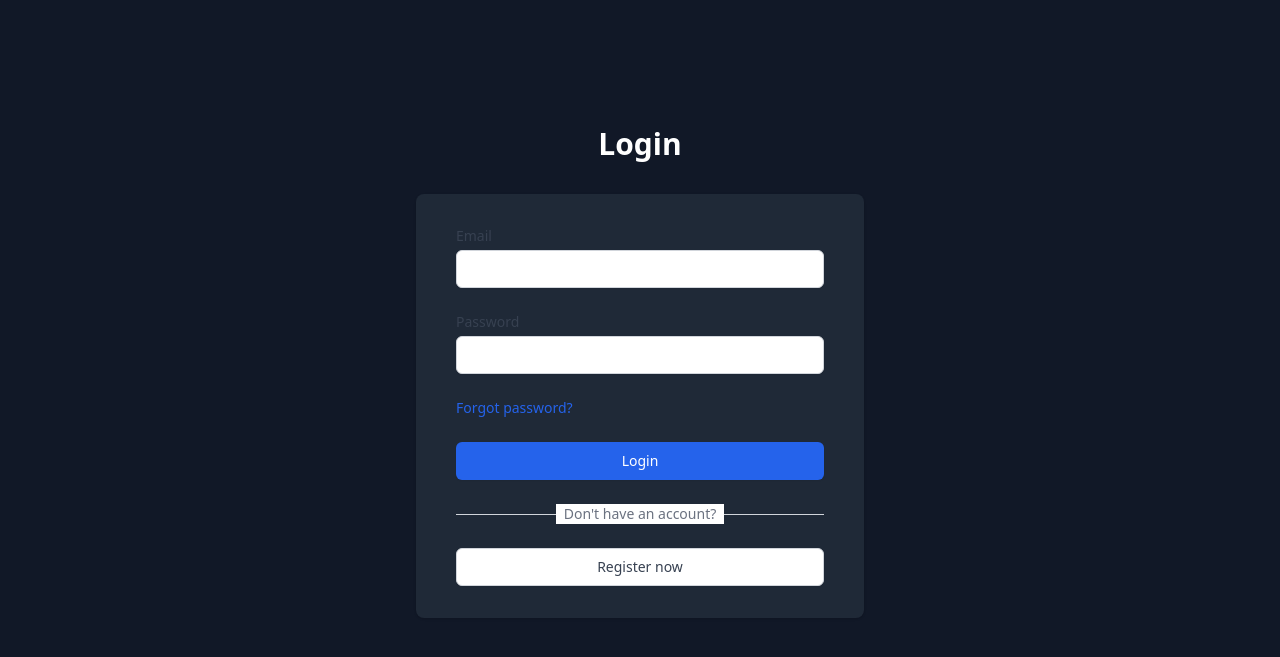
Repository: sotowang/app-landing-page
Page: /login
These files come from the project's save history. The page is drawn as it stood at one moment and after the next save; the edit follows.
The browser window is 1280 px wide. The pictures show the whole page.
The page's requests for data from a server got no answer. The project was rebuilt for these pictures with package versions that can differ from the ones it lists, and the page was loaded fresh each time. The framework's server and built-in components were replaced by stand-ins that run in the browser. No one was signed in, and anything a server would have sent is missing. Also part of the build but not shown: next.config.js.

Above is the page before, as saved 2025-05-23 22:19:57.

### app/layout.tsx
import './globals.css'
import type { Metadata } from 'next'

export const metadata: Metadata = {
  title: 'MeetingGPT - AI-powered Meeting Assistant',
  description: 'MeetingGPT is an innovative desktop application that processes audio content in real-time, providing customized intelligent responses.',
  metadataBase: new URL('https://paddle-app-showcase.vercel.app'),
}

export default function RootLayout({
  children,
}: {
  children: React.ReactNode
}) {
  return (
    <html lang="en" className="scroll-smooth dark">
      <head>
        <meta name="viewport" content="width=device-width, initial-scale=1.0" />
        <meta httpEquiv="Content-Security-Policy" content="
          default-src 'self';
          script-src 'self' 'unsafe-inline' 'unsafe-eval' https://cdn.paddle.com;
          connect-src 'self' https://*.paddle.com http://127.0.0.1:8082 http://localhost:8082;
          frame-src 'self' https://*.paddle.com;
          style-src 'self' 'unsafe-inline' https://cdn.paddle.com;
          img-src 'self' data: https://*.paddle.com https://*.paddlecdn.com;
        " />
      </head>
      <body className="min-h-screen antialiased bg-white dark:bg-gray-900 text-black dark:text-white">{children}</body>
    </html>
  )
}

### app/login/page.tsx
"use client";

import React, { useState, useEffect } from 'react';
import { useRouter, useSearchParams } from 'next/navigation';
import Link from 'next/link';
import authService from '../../src/services/authService';
import { enTranslations } from '../../src/translations';

export default function LoginPage() {
  const router = useRouter();
  const searchParams = useSearchParams();
  const t = enTranslations.auth.login;

  // 获取URL参数
  const redirectUri = searchParams.get('redirect_uri');
  const clientId = searchParams.get('client_id');
  const state = searchParams.get('state');
  const responseType = searchParams.get('response_type');

  // 是否是桌面应用登录
  const isDesktopLogin = redirectUri && redirectUri.startsWith('meetinggpt://');

  const [email, setEmail] = useState('');
  const [password, setPassword] = useState('');
  const [loading, setLoading] = useState(false);
  const [error, setError] = useState('');
  const [success, setSuccess] = useState('');

  // 表单验证状态
  const [emailError, setEmailError] = useState('');
  const [passwordError, setPasswordError] = useState('');

  // 验证邮箱格式
  const validateEmail = (email: string): boolean => {
    const re = /^[^\s@]+@[^\s@]+\.[^\s@]+$/;
    const isValid = re.test(email);
    setEmailError(isValid ? '' : t.emailInvalid);
    return isValid;
  };

  // 验证表单
  const validateForm = (): boolean => {
    let isValid = true;

    if (!email) {
      setEmailError(t.emailRequired);
      isValid = false;
    } else if (!validateEmail(email)) {
      isValid = false;
    }

    if (!password) {
      setPasswordError(t.passwordRequired);
      isValid = false;
    } else {
      setPasswordError('');
    }

    return isValid;
  };

  // 处理登录
  const handleLogin = async (e: React.FormEvent) => {
    e.preventDefault();

    if (!validateForm()) {
      return;
    }

    setLoading(true);
    setError('');
    setSuccess('');

    try {
      const response = await authService.login(email, password);

      // 保存令牌和用户信息
      authService.saveToken(response.token);
      authService.saveUser(response.user);

      setSuccess(t.success);

      // 如果是桌面应用登录，重定向回应用
      if (isDesktopLogin && redirectUri) {
        // 使用登录成功后的token作为授权码的一部分，确保安全性
        // 在实际生产环境中，应该从后端获取专门的授权码
        const authCode = response.token.substring(0, 10) + Math.random().toString(36).substring(2, 7);

        // 构建重定向URL，包含所有必要参数
        let redirectUrl = `${redirectUri}?code=${authCode}`;

        // 添加原始请求中的参数
        if (state) {
          redirectUrl += `&state=${state}`;
        }
        if (responseType) {
          redirectUrl += `&response_type=${responseType}`;
        }
        if (clientId) {
          redirectUrl += `&client_id=${clientId}`;
        }

        // 在页面上显示重定向URL（仅用于调试）
        const debugElement = document.createElement('div');
        debugElement.className = 'mt-4 p-3 bg-gray-100 rounded text-xs overflow-auto';
        debugElement.style.maxWidth = '100%';
        debugElement.style.wordBreak = 'break-all';
        debugElement.innerHTML = `<strong>Redirect URL:</strong> ${redirectUrl}`;

        // 将调试信息添加到页面
        const successElement = document.querySelector('.bg-green-50');
        if (successElement && successElement.parentNode) {
          successElement.parentNode.insertBefore(debugElement, successElement.nextSibling);
        }

        // 添加一个按钮，让用户可以手动点击重定向
        const redirectButton = document.createElement('button');
        redirectButton.className = 'mt-4 w-full flex justify-center py-2 px-4 border border-transparent rounded-md shadow-sm text-sm font-medium text-white bg-green-600 hover:bg-green-700 focus:outline-none focus:ring-2 focus:ring-offset-2 focus:ring-green-500';
        redirectButton.innerHTML = 'Click to redirect to desktop app';
        redirectButton.onclick = function() {
          window.location.href = redirectUrl;
        };

        if (successElement && successElement.parentNode) {
          successElement.parentNode.insertBefore(redirectButton, debugElement.nextSibling);
        }

        // 在控制台打印重定向URL
        console.log('Redirecting to desktop app:', redirectUrl);
        console.log('Original params:', {
          redirectUri,
          clientId,
          state,
          responseType
        });

        // 延迟1秒后重定向，让用户有时间看到成功消息
        setTimeout(() => {
          console.log('Executing redirect now...');
          window.location.href = redirectUrl;
          console.log('Redirect executed');
        }, 1000);
      } else {
        // 普通Web登录，重定向到首页
        setTimeout(() => {
          router.push('/');
        }, 1000);
      }
    } catch (err: any) {
      setError(err.message || t.error);
    } finally {
      setLoading(false);
    }
  };

  // 添加一个状态来确保只在客户端渲染
  const [mounted, setMounted] = useState(false);

  // 在组件挂载后设置状态
  useEffect(() => {
    setMounted(true);

    // 在控制台打印URL参数，用于调试
    console.log('Login page loaded with params:', {
      redirectUri,
      clientId,
      state,
      responseType,
      isDesktopLogin
    });
  }, [redirectUri, clientId, state, responseType, isDesktopLogin]);

  // 如果组件尚未挂载，返回一个简单的加载状态
  if (!mounted) {
    return (
      <div className="min-h-screen bg-gray-900 flex flex-col justify-center py-12 sm:px-6 lg:px-8">
        <div className="sm:mx-auto sm:w-full sm:max-w-md">
          <h2 className="mt-6 text-center text-3xl font-extrabold text-white">
            {t.title}
          </h2>
        </div>
      </div>
    );
  }

  return (
    <div className="min-h-screen bg-gray-900 flex flex-col justify-center py-12 sm:px-6 lg:px-8">
      <div className="sm:mx-auto sm:w-full sm:max-w-md">
        <h2 className="mt-6 text-center text-3xl font-extrabold text-white">
          {t.title}
        </h2>
        {isDesktopLogin ? (
          <p className="mt-2 text-center text-sm text-gray-300">
            Login to connect to MeetingGPT desktop application
          </p>
        ) : null}
      </div>

      <div className="mt-8 sm:mx-auto sm:w-full sm:max-w-md">
        <div className="bg-gray-800 py-8 px-4 shadow sm:rounded-lg sm:px-10">
          {error ? (
            <div className="mb-4 bg-red-50 border border-red-200 text-red-700 px-4 py-3 rounded">
              {error}
            </div>
          ) : null}

          {success ? (
            <div className="mb-4 bg-green-50 border border-green-200 text-green-700 px-4 py-3 rounded">
              {success}
            </div>
          ) : null}

          <form className="space-y-6" onSubmit={handleLogin}>
            <div>
              <label htmlFor="email" className="block text-sm font-medium text-gray-700">
                {t.email}
              </label>
              <div className="mt-1">
                <input
                  id="email"
                  name="email"
                  type="email"
                  autoComplete="email"
                  required
                  value={email}
                  onChange={(e) => {
                    setEmail(e.target.value);
                    if (e.target.value) validateEmail(e.target.value);
                  }}
                  className={`appearance-none block w-full px-3 py-2 border ${
                    emailError ? 'border-red-300' : 'border-gray-300'
                  } rounded-md shadow-sm placeholder-gray-400 focus:outline-none focus:ring-blue-500 focus:border-blue-500 sm:text-sm`}
                />
                {emailError ? (
                  <p className="mt-2 text-sm text-red-600">{emailError}</p>
                ) : null}
              </div>
            </div>

            <div>
              <label htmlFor="password" className="block text-sm font-medium text-gray-700">
                {t.password}
              </label>
              <div className="mt-1">
                <input
                  id="password"
                  name="password"
                  type="password"
                  autoComplete="current-password"
                  required
                  value={password}
                  onChange={(e) => {
                    setPassword(e.target.value);
                    if (passwordError) setPasswordError('');
                  }}
                  className={`appearance-none block w-full px-3 py-2 border ${
                    passwordError ? 'border-red-300' : 'border-gray-300'
                  } rounded-md shadow-sm placeholder-gray-400 focus:outline-none focus:ring-blue-500 focus:border-blue-500 sm:text-sm`}
                />
                {passwordError ? (
                  <p className="mt-2 text-sm text-red-600">{passwordError}</p>
                ) : null}
              </div>
            </div>

            <div className="flex items-center justify-between">
              <Link href="/reset-password" className="text-sm font-medium text-blue-600 hover:text-blue-500">
                {t.forgotPassword}
              </Link>
            </div>

            <div>
              <button
                type="submit"
                disabled={loading}
                className={`w-full flex justify-center py-2 px-4 border border-transparent rounded-md shadow-sm text-sm font-medium text-white bg-blue-600 hover:bg-blue-700 focus:outline-none focus:ring-2 focus:ring-offset-2 focus:ring-blue-500 ${
                  loading ? 'opacity-70 cursor-not-allowed' : ''
                }`}
              >
                {loading ? 'Processing...' : t.submit}
              </button>
            </div>
          </form>

          <div className="mt-6">
            <div className="relative">
              <div className="absolute inset-0 flex items-center">
                <div className="w-full border-t border-gray-300"></div>
              </div>
              <div className="relative flex justify-center text-sm">
                <span className="px-2 bg-white text-gray-500">
                  {t.noAccount}
                </span>
              </div>
            </div>
          </div>

          <div className="mt-6">
            <Link
              href="/register"
              className="w-full flex justify-center py-2 px-4 border border-gray-300 rounded-md shadow-sm text-sm font-medium text-gray-700 bg-white hover:bg-gray-50 focus:outline-none focus:ring-2 focus:ring-offset-2 focus:ring-blue-500"
            >
              {t.register}
            </Link>
          </div>
        </div>
      </div>
    </div>
  );
}

### src/services/authService.ts
"use client";

import { appConfig } from "../config/appConfig";

// 用户类型定义
export interface User {
  email: string;
  created_at: string;
}

// 登录响应类型
export interface LoginResponse {
  token: string;
  user: User;
}

// 错误响应类型
export interface ErrorResponse {
  error: string;
}

// 成功响应类型
export interface SuccessResponse {
  message: string;
}

// 认证服务类
class AuthService {
  private baseUrl: string;

  constructor() {
    this.baseUrl = appConfig.api.baseUrl;
  }

  /**
   * 用户登录
   * @param email 邮箱
   * @param password 密码
   * @returns 登录响应
   */
  async login(email: string, password: string): Promise<LoginResponse> {
    try {
      const response = await fetch(`${this.baseUrl}/api/v1/auth/login`, {
        method: 'POST',
        headers: {
          'Content-Type': 'application/json',
        },
        body: JSON.stringify({ email, password }),
      });

      if (!response.ok) {
        const errorData = await response.json();
        throw new Error(errorData.error || '登录失败');
      }

      return await response.json();
    } catch (error) {
      console.error('登录失败:', error);
      throw error;
    }
  }

  /**
   * 获取验证码
   * @param email 邮箱
   * @param type 验证码类型 (register | reset)
   * @returns 成功或错误响应
   */
  async getVerificationCode(email: string, type: 'register' | 'reset'): Promise<SuccessResponse> {
    try {
      const response = await fetch(`${this.baseUrl}/api/v1/auth/verification-code`, {
        method: 'POST',
        headers: {
          'Content-Type': 'application/json',
        },
        body: JSON.stringify({ email, type }),
      });

      if (!response.ok) {
        const errorData = await response.json();
        throw new Error(errorData.error || '获取验证码失败');
      }

      return await response.json();
    } catch (error) {
      console.error('获取验证码失败:', error);
      throw error;
    }
  }

  /**
   * 用户注册
   * @param email 邮箱
   * @param password 密码
   * @param verificationCode 验证码
   * @returns 成功或错误响应
   */
  async register(email: string, password: string, verificationCode: string): Promise<SuccessResponse> {
    try {
      const response = await fetch(`${this.baseUrl}/api/v1/auth/register`, {
        method: 'POST',
        headers: {
          'Content-Type': 'application/json',
        },
        body: JSON.stringify({ email, password, verification_code: verificationCode }),
      });

      if (!response.ok) {
        const errorData = await response.json();
        throw new Error(errorData.error || '注册失败');
      }

      return await response.json();
    } catch (error) {
      console.error('注册失败:', error);
      throw error;
    }
  }

  /**
   * 重置密码
   * @param email 邮箱
   * @param newPassword 新密码
   * @param verificationCode 验证码
   * @param token 可选的认证令牌
   * @returns 成功或错误响应
   */
  async resetPassword(
    email: string,
    newPassword: string,
    verificationCode: string,
    token?: string
  ): Promise<SuccessResponse> {
    try {
      const headers: Record<string, string> = {
        'Content-Type': 'application/json',
      };

      if (token) {
        headers['Authorization'] = `Bearer ${token}`;
      }

      const response = await fetch(`${this.baseUrl}/api/v1/user/change-password`, {
        method: 'PUT',
        headers,
        body: JSON.stringify({
          email,
          new_password: newPassword,
          verification_code: verificationCode,
        }),
      });

      if (!response.ok) {
        const errorData = await response.json();
        throw new Error(errorData.error || '密码重置失败');
      }

      return await response.json();
    } catch (error) {
      console.error('密码重置失败:', error);
      throw error;
    }
  }

  /**
   * 保存令牌到本地存储
   * @param token JWT令牌
   */
  saveToken(token: string): void {
    if (typeof window !== 'undefined') {
      localStorage.setItem('auth_token', token);
    }
  }

  /**
   * 保存用户信息到本地存储
   * @param user 用户信息
   */
  saveUser(user: User): void {
    if (typeof window !== 'undefined') {
      localStorage.setItem('auth_user', JSON.stringify(user));
    }
  }

  /**
   * 从本地存储获取令牌
   * @returns JWT令牌或null
   */
  getToken(): string | null {
    if (typeof window !== 'undefined') {
      return localStorage.getItem('auth_token');
    }
    return null;
  }

  /**
   * 从本地存储获取用户信息
   * @returns 用户信息或null
   */
  getUser(): User | null {
    if (typeof window !== 'undefined') {
      const userStr = localStorage.getItem('auth_user');
      if (userStr) {
        try {
          return JSON.parse(userStr);
        } catch (e) {
          console.error('解析用户信息失败:', e);
          return null;
        }
      }
    }
    return null;
  }

  /**
   * 从本地存储清除认证信息
   */
  clearAuth(): void {
    if (typeof window !== 'undefined') {
      localStorage.removeItem('auth_token');
      localStorage.removeItem('auth_user');
    }
  }

  /**
   * 检查用户是否已登录
   * @returns 是否已登录
   */
  isLoggedIn(): boolean {
    return !!this.getToken() && !!this.getUser();
  }

  /**
   * 用户登出
   */
  logout(): void {
    this.clearAuth();
    // 如果需要，可以在这里添加重定向到登录页面的逻辑
  }
}

// 导出单例实例
const authService = new AuthService();
export default authService;

### src/config/appConfig.ts
/**
 * 应用全局配置
 * 集中管理所有环境相关的配置，包括API端点、Paddle配置等
 */

// Paddle配置类型
interface PaddleConfig {
  clientToken: string;
  sandbox: boolean;
  vendorId: number;
}

// API配置类型
interface ApiConfig {
  baseUrl: string;
  endpoints: {
    paddleProducts: string;
  };
}

// 应用配置类型
interface AppConfig {
  paddle: PaddleConfig;
  api: ApiConfig;
}

// 开发环境配置
const DEV_CONFIG: AppConfig = {
  paddle: {
    clientToken: process.env.NEXT_PUBLIC_PADDLE_CLIENT_TOKEN || 'test_4e523c871a7228eca4b1c697774', // Sandbox环境token
    sandbox: process.env.NEXT_PUBLIC_PADDLE_SANDBOX === 'false' ? false : true,
    vendorId: parseInt(process.env.NEXT_PUBLIC_PADDLE_VENDOR_ID || '31639'), // Sandbox环境的vendorId
  },
  api: {
    baseUrl: process.env.NEXT_PUBLIC_API_BASE_URL || 'http://127.0.0.1:8082',
    endpoints: {
      paddleProducts: '/api/v1/paddle/products'
    }
  }
};

// 生产环境配置
const PROD_CONFIG: AppConfig = {
  paddle: {
    clientToken: process.env.NEXT_PUBLIC_PADDLE_CLIENT_TOKEN || '', // 生产环境token
    sandbox: process.env.NEXT_PUBLIC_PADDLE_SANDBOX === 'true', // 默认为false
    vendorId: parseInt(process.env.NEXT_PUBLIC_PADDLE_VENDOR_ID || '223419'), // 生产环境的vendorId
  },
  api: {
    baseUrl: process.env.NEXT_PUBLIC_API_BASE_URL || 'https://api.example.com', // 生产环境API基础URL
    endpoints: {
      paddleProducts: '/api/v1/paddle/products'
    }
  }
};

// 注意：我们不再使用测试环境配置，仅保留开发和生产环境配置

// 根据环境变量选择配置
function getConfig(): AppConfig {
  const env = process.env.NEXT_PUBLIC_APP_ENV || process.env.NODE_ENV || 'development';

  // 只有生产环境和开发环境
  return env === 'production' ? PROD_CONFIG : DEV_CONFIG;
}

// 导出当前环境的配置
export const appConfig = getConfig();

// 导出Paddle配置（向后兼容）
export const paddleConfig = appConfig.paddle;

// 辅助函数：获取完整的API URL
export function getApiUrl(endpoint: keyof AppConfig['api']['endpoints']): string {
  const { baseUrl, endpoints } = appConfig.api;
  return `${baseUrl}${endpoints[endpoint]}`;
}

// 辅助函数：获取Paddle产品API URL
export function getPaddleProductsApiUrl(includePrice: boolean = true): string {
  return `${getApiUrl('paddleProducts')}${includePrice ? '?include_prices=true' : ''}`;
}

export default appConfig;

Loaded but not shown: app/globals.css (common file); tailwind.config.js (16 lines, source omitted); src/translations/index.ts (473 lines, source omitted)

After the next save:
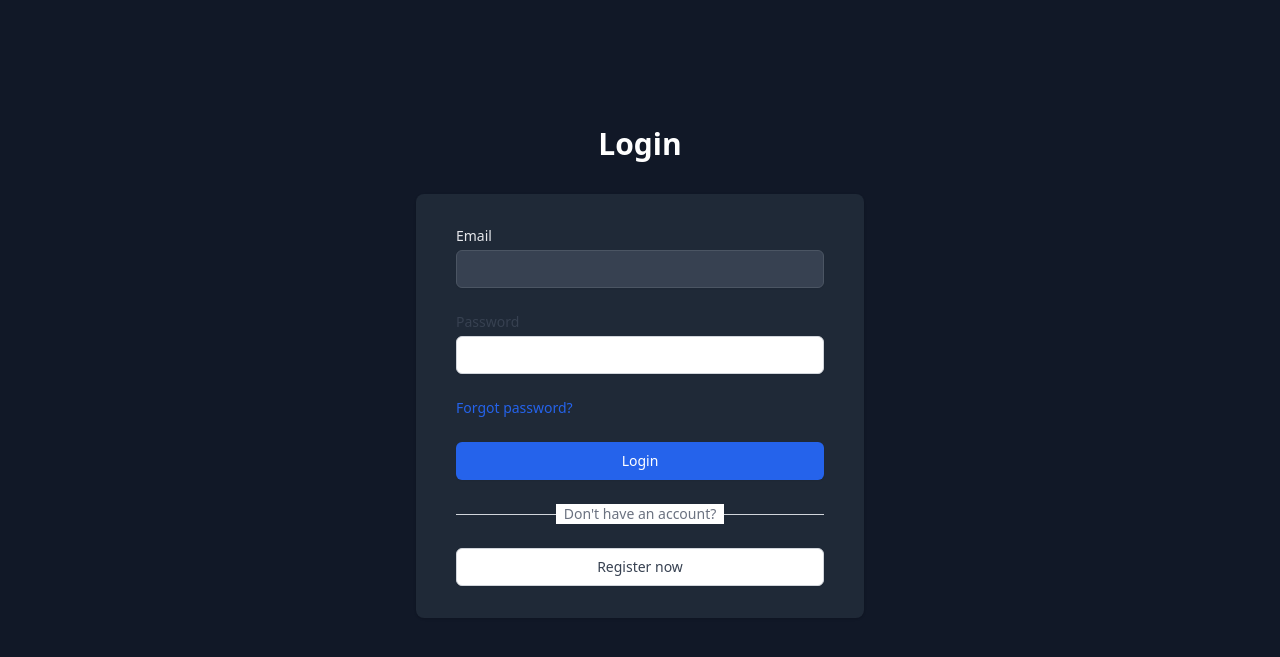
Saved 25 s later.
--- a/app/login/page.tsx
+++ b/app/login/page.tsx
@@ -212,7 +212,7 @@ export default function LoginPage() {
 
           <form className="space-y-6" onSubmit={handleLogin}>
             <div>
-              <label htmlFor="email" className="block text-sm font-medium text-gray-700">
+              <label htmlFor="email" className="block text-sm font-medium text-gray-200">
                 {t.email}
               </label>
               <div className="mt-1">
@@ -228,8 +228,8 @@ export default function LoginPage() {
                     if (e.target.value) validateEmail(e.target.value);
                   }}
                   className={`appearance-none block w-full px-3 py-2 border ${
-                    emailError ? 'border-red-300' : 'border-gray-300'
-                  } rounded-md shadow-sm placeholder-gray-400 focus:outline-none focus:ring-blue-500 focus:border-blue-500 sm:text-sm`}
+                    emailError ? 'border-red-300' : 'border-gray-600'
+                  } rounded-md shadow-sm placeholder-gray-500 bg-gray-700 text-white focus:outline-none focus:ring-blue-500 focus:border-blue-500 sm:text-sm`}
                 />
                 {emailError ? (
                   <p className="mt-2 text-sm text-red-600">{emailError}</p>
